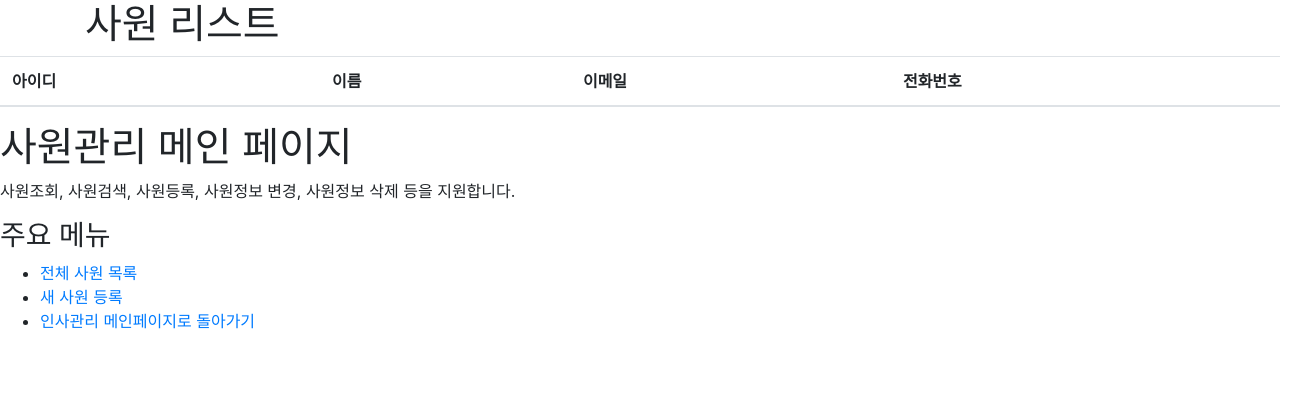
Repository: onuo77/ja_HTA
Page: http://localhost/sample/hr/emp/main.jsp
An editor plug-in stored every save of this project. The page is shown before and after a run of saves, followed by the edit.
The browser window is 1280 px wide. The page is 1295 px wide, so the pictures cover 1295 px, including what lies to the right of the window. The pictures show the whole page.
The page is served by Tomcat 9.

Above is the page before, as saved 2021-05-24 06:11:52.

After the next 2 saves:
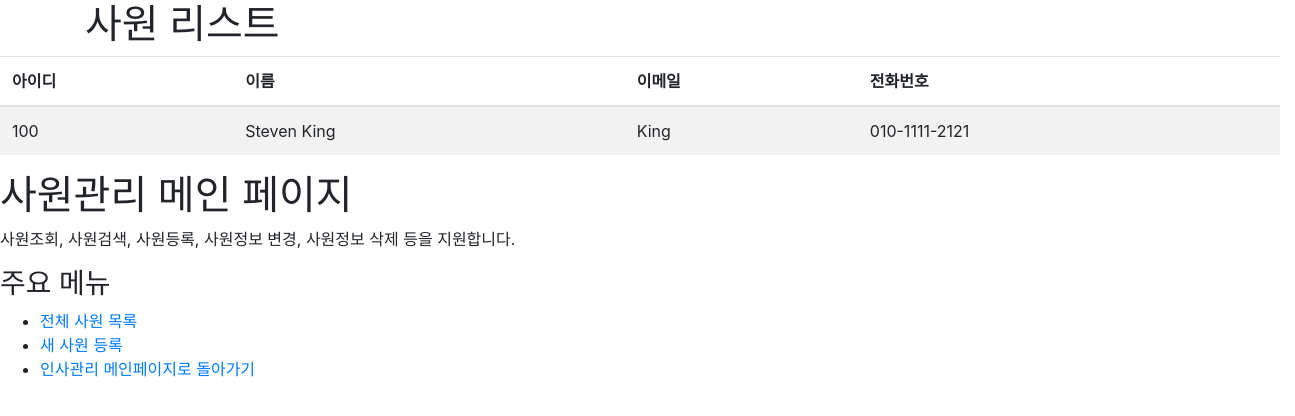
The 2 saves are shown as one change because they came seconds apart.
The last was saved 46 s later.
--- a/java-web/sample/src/main/webapp/hr/emp/main.jsp
+++ b/java-web/sample/src/main/webapp/hr/emp/main.jsp
@@ -27,6 +27,14 @@
 						<th>전화번호</th>
 					</tr>
 				</thead>
+				<tbody>
+					<tr>
+						<td>100</td>
+						<td>Steven King</td>
+						<td>King</td>
+						<td>010-1111-2121</td>
+					</tr>
+				</tbody>
 			</table>
 		</div>
 	</div>
